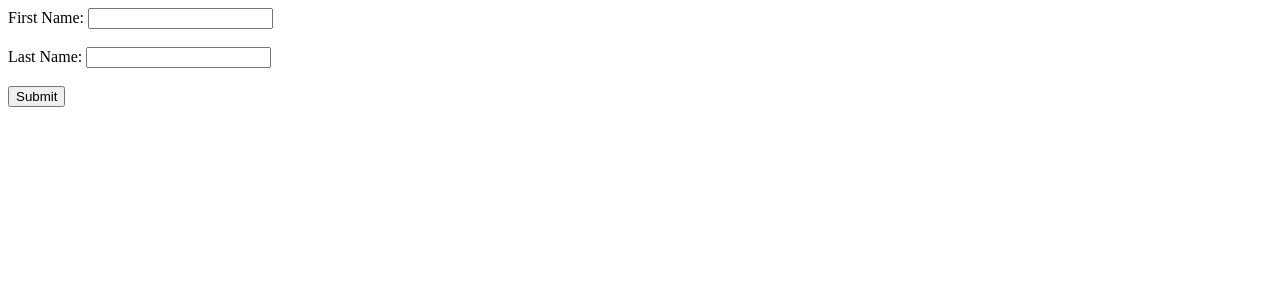
Repository: vehaan/Spring-and-Hibernate
Page: http://localhost/spring-mvc-demo/customer/showForm
These files come from the project's save history. The page is drawn as it stood at one moment and after the next save; the edit follows.
The browser window is 1280 px wide. The pictures show the whole page.
The page is served by Tomcat 9. Other server files are loaded and not shown.

Above is the page before, as saved 2021-05-24 06:26:25.

### spring-mvc-demo/WebContent/WEB-INF/view/customer-form.jsp
<%@ taglib prefix="form" uri="http://www.springframework.org/tags/form" %>

<html>
<head>
	<title>Customer Registration Form</title>
</head>

<body>

	<form:form action="processForm" modelAttribute="customer">
		First Name: <form:input path="firstName"/>
		<br><br>
		Last Name: <form:input path="lastName"/>
		<form:errors path="lastName" cssClass="error"/>

		<br><br>

		<input type="submit" value="Submit">
	</form:form>

</body>
</html>

### spring-mvc-demo/src/com/luv2code/springdemo/mvc/Customer.java
package com.luv2code.springdemo.mvc;

import javax.validation.constraints.NotNull;
import javax.validation.constraints.Size;

public class Customer {

	private String firstName;

	@NotNull(message = "is required")
	@Size(min = 1)
	private String lastName;
	public String getFirstName() {
		return firstName;
	}
	public void setFirstName(String firstName) {
		this.firstName = firstName;
	}
	public String getLastName() {
		return lastName;
	}
	public void setLastName(String lastName) {
		this.lastName = lastName;
	}



}

After the next save:
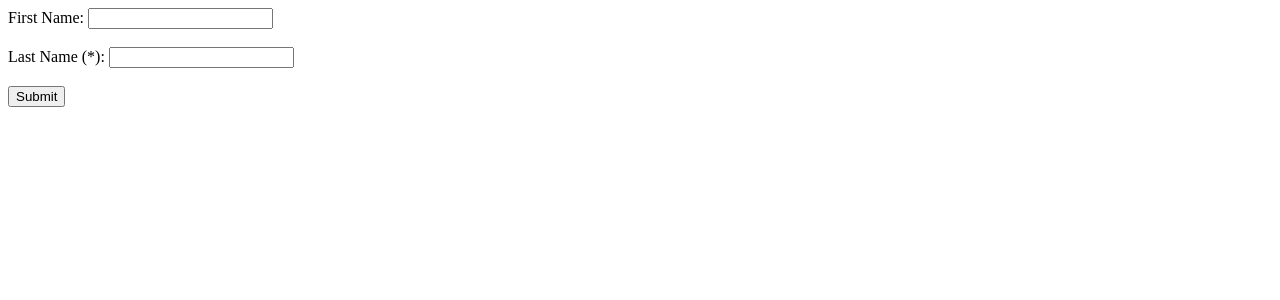
Saved 10 s later.
--- a/spring-mvc-demo/WebContent/WEB-INF/view/customer-form.jsp
+++ b/spring-mvc-demo/WebContent/WEB-INF/view/customer-form.jsp
@@ -10,7 +10,7 @@
 	<form:form action="processForm" modelAttribute="customer">
 		First Name: <form:input path="firstName"/>
 		<br><br>
-		Last Name: <form:input path="lastName"/>
+		Last Name (*): <form:input path="lastName"/>
 		<form:errors path="lastName" cssClass="error"/>
 
 		<br><br>
